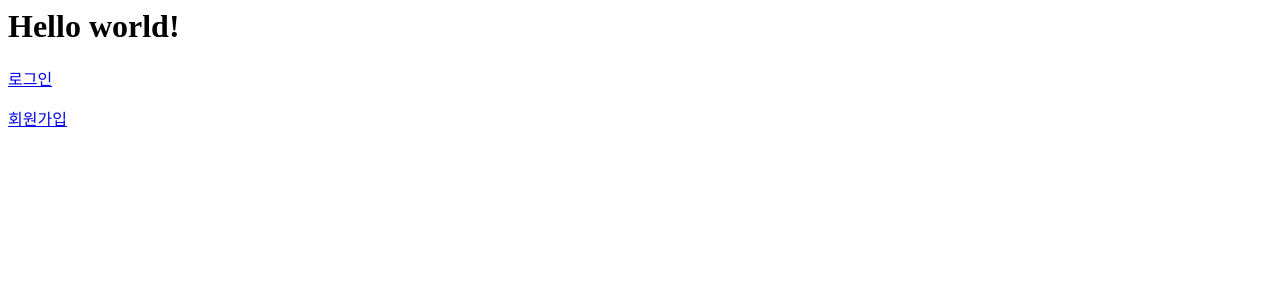
Repository: Mr-JJun/littlePick
Page: http://localhost/littlePick/
The author's editor kept a copy of each file at every save. The page is drawn from the files as they stood at one save, then again after the next save.
The browser window is 1280 px wide. The pictures show the whole page.
The page is served by Tomcat 9. Nobody is signed in. The application's start-up code is not run.

Above is the page before, as saved 2021-07-19 00:54:50.

After the next save:
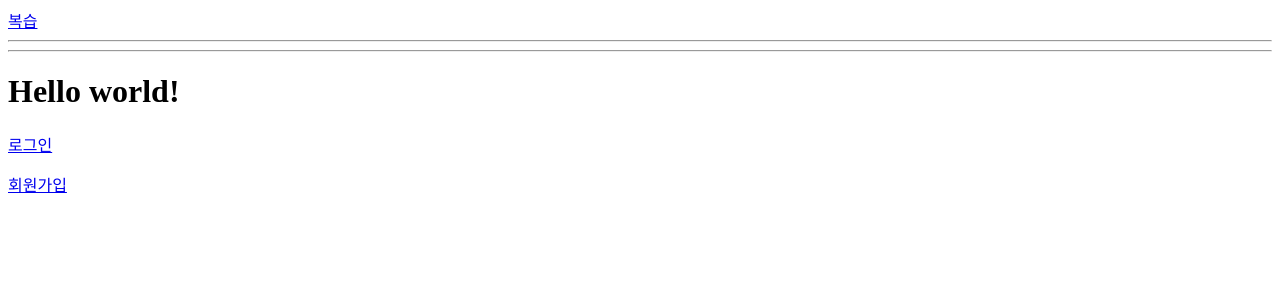
Saved 2 min 18 s later.
--- a/littlePick/src/main/webapp/index.jsp
+++ b/littlePick/src/main/webapp/index.jsp
@@ -6,6 +6,12 @@
 	<title>Home</title>
 </head>
 <body>
+
+<a href="review.do">복습</a>
+
+<hr/>
+<hr/>
+
 <h1>
 	Hello world!
 </h1>
